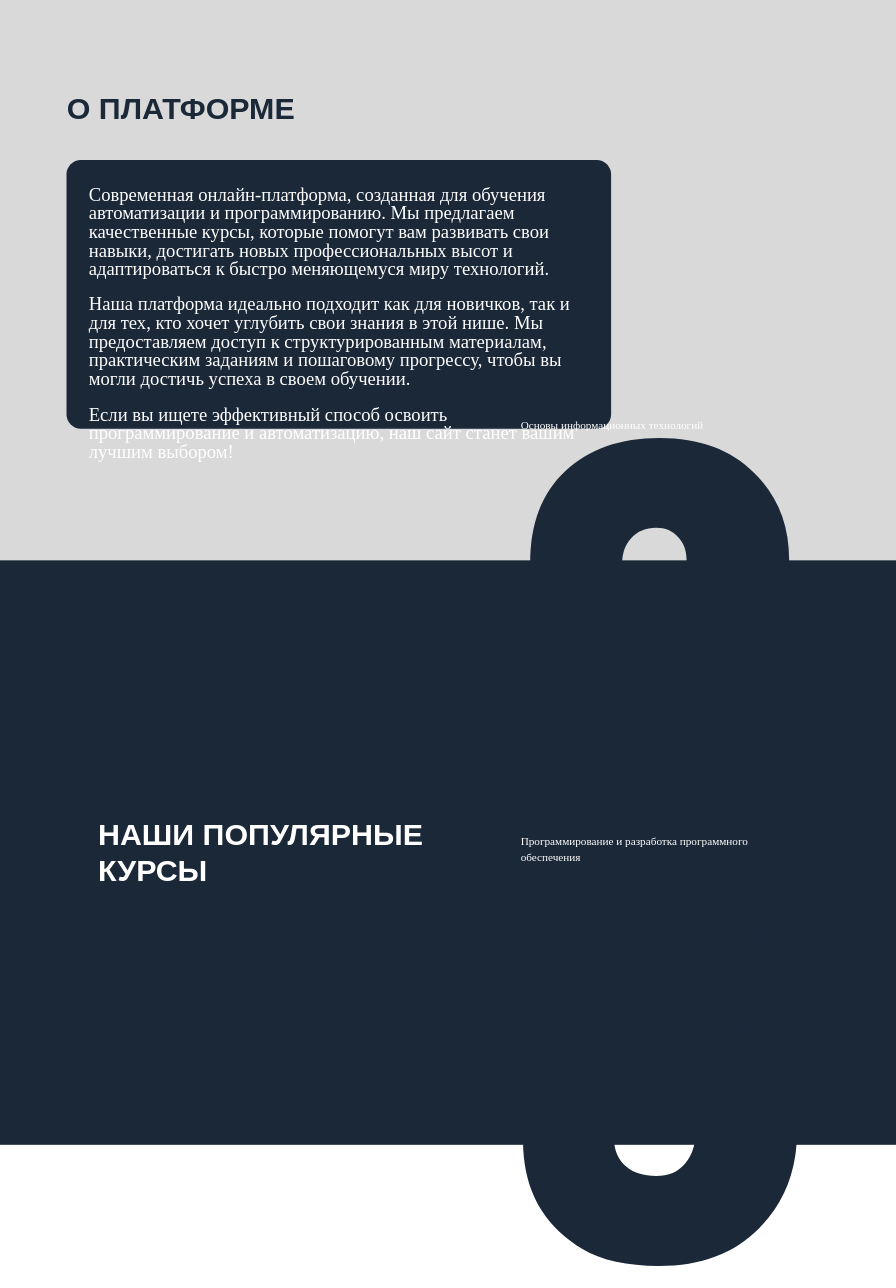
Repository: marjango/course
Page: /
These files come from the project's save history. The page is drawn as it stood at one moment and after the next save; the edit follows.
The browser window is 1280 px wide. The pictures show the part of the page from y = 888 to 2808 px (the page is 2728 px tall before and 3083 px after), at 70% of full size.
The project was rebuilt for these pictures with package versions that can differ from the ones it lists, and the page was loaded fresh each time. The framework's server and built-in components were replaced by stand-ins that run in the browser. Also part of the build but not shown: next.config.ts.

Above is the page before, as saved 2025-03-25 01:36:08.

After the next save:
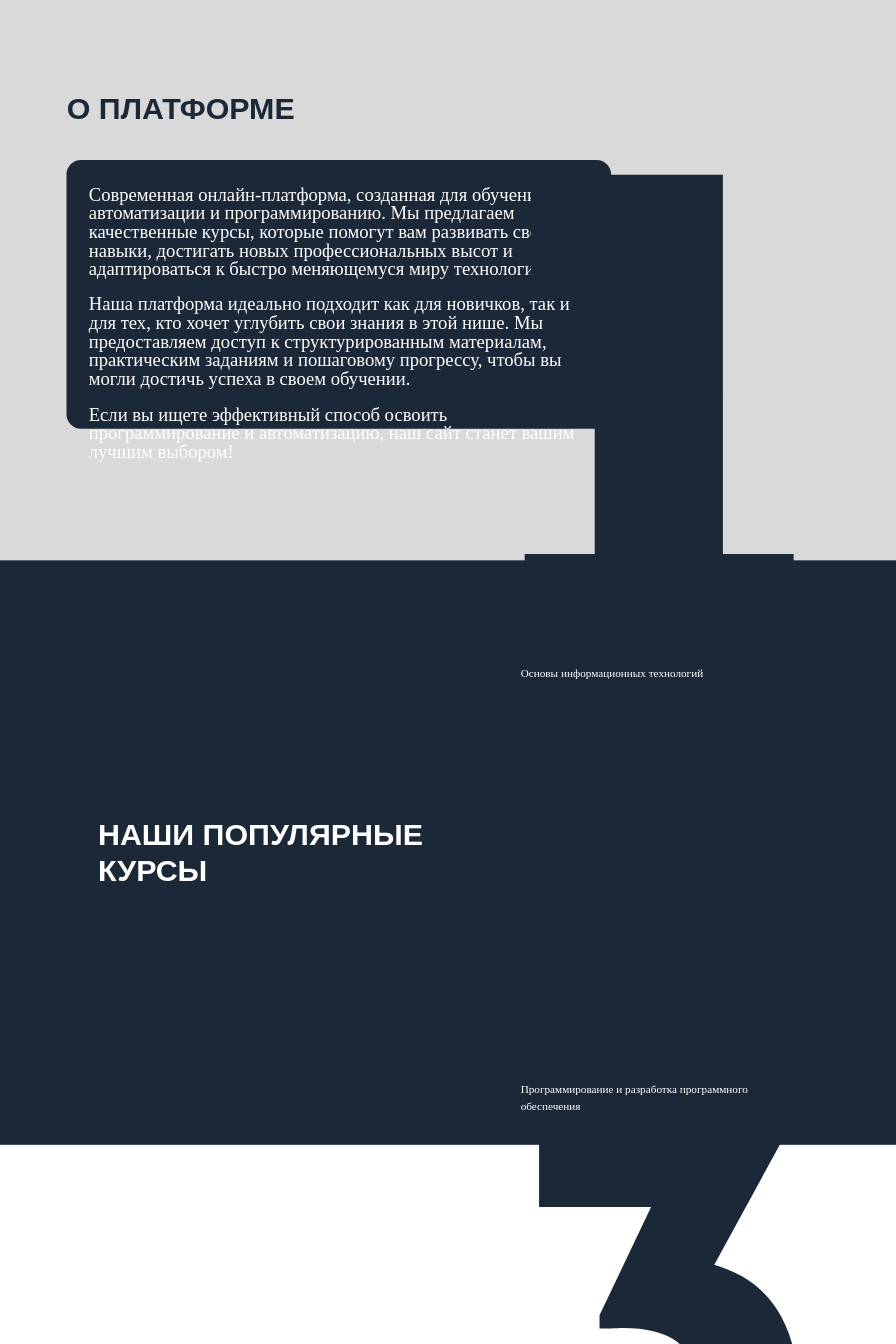
Saved 15 s later.
--- a/app/mainpage/main.module.css
+++ b/app/mainpage/main.module.css
@@ -156,27 +156,6 @@
     justify-content: center;
     align-items: center;
   }
-  /* .course1  {
+  .course1  {
     position: relative;
-  } */
-  .course1 img {
-    position: absolute; /* Позиционируем изображение поверх других элементов */
-    top: 0;
-    left: 0;
-    width: 100%;
-    height: 100%;
-    object-fit: cover; /* Масштабируем изображение, чтобы заполнить контейнер */
-    z-index: -1; /* Помещаем изображение под другие элементы */
   }
-
-  .course1::before {
-    content: '';
-    position: absolute;
-    top: 0;
-    left: 0;
-    width: 100%;
-    height: 100%;
-    background-image: linear-gradient(to right, #064B9B 0%, #000000 100%);
-    opacity: 0.5; /* Задаем прозрачность градиента (по желанию) */
-    z-index: -1; /* Помещаем градиент под изображение */
-  }
